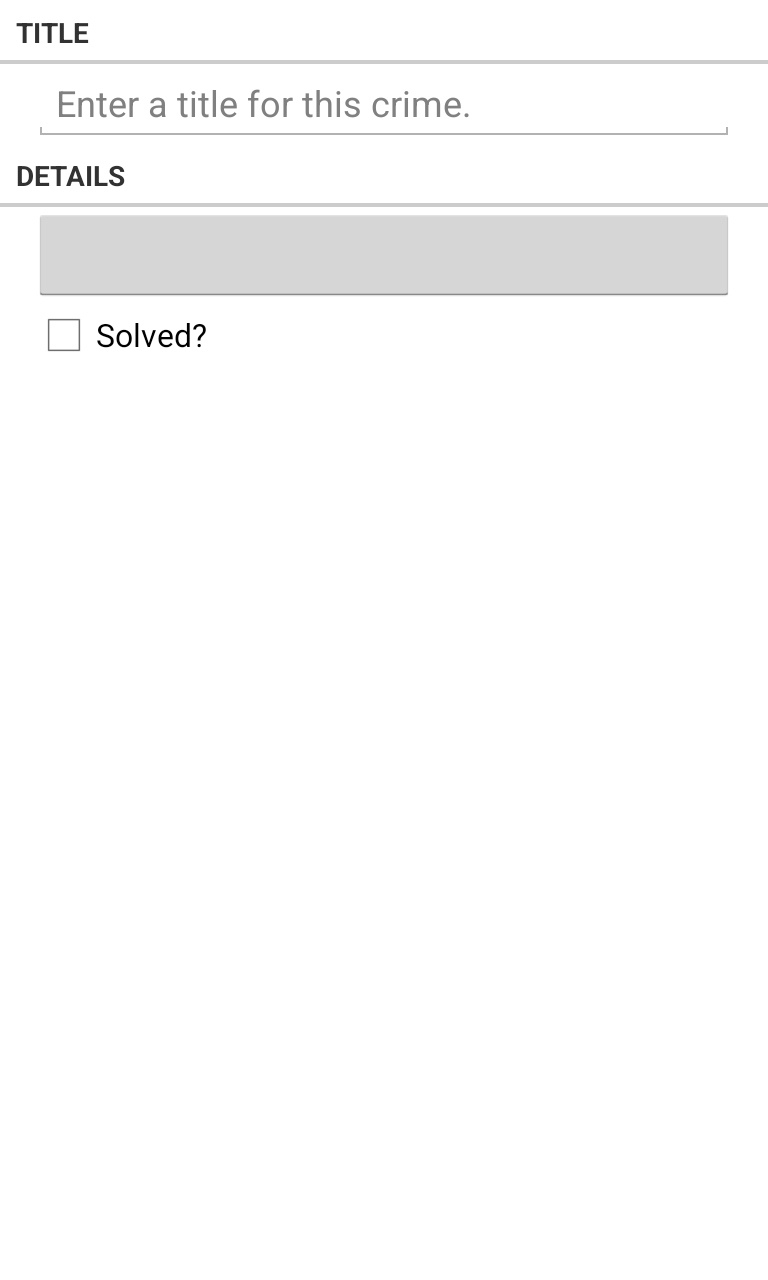
Repository: DaleJulian/CriminalIntent
Layout: CriminalIntent/res/layout/fragment_crime.xml
An editor plug-in stored every save of this project. The layout is shown before and after the next save, followed by the edit.
It is drawn on a 768 x 1280 px phone screen (xhdpi) without system bars, with theme AppTheme; the app's code is not run.

Above is the layout before, as saved 2015-06-01 07:18:13.

### CriminalIntent/res/layout/fragment_crime.xml
<?xml version="1.0" encoding="utf-8"?>
<LinearLayout xmlns:android="http://schemas.android.com/apk/res/android"
  android:layout_width="match_parent"
  android:layout_height="wrap_content"
  android:orientation="vertical"
  >
  <TextView
    android:layout_width="match_parent"
    android:layout_height="wrap_content"
    android:text="@string/crime_title_label"
    style="?android:listSeparatorTextViewStyle"
    />
  <EditText android:id="@+id/crime_title"
    android:layout_width="match_parent"
    android:layout_height="wrap_content"
    android:layout_marginLeft="16dp"
    android:layout_marginRight="16dp"
    android:hint="@string/crime_title_hint"
    />
  <TextView
    android:layout_width="match_parent"
    android:layout_height="wrap_content"
    android:text="@string/crime_details_label"
    style="?android:listSeparatorTextViewStyle"
    />
  <Button android:id="@+id/crime_date"
    android:layout_width="match_parent"
    android:layout_height="wrap_content"
    android:layout_marginLeft="16dp"
    android:layout_marginRight="16dp"
    />
  <CheckBox android:id="@+id/crime_solved"
    android:layout_width="match_parent"
    android:layout_height="wrap_content"
    android:layout_marginLeft="16dp"
    android:layout_marginRight="16dp"
    android:text="@string/crime_solved_label"
    />
</LinearLayout>

### CriminalIntent/res/values/strings.xml
<?xml version="1.0" encoding="utf-8"?>
<resources>

  <string name="app_name">CriminalIntent</string>
  <string name="crime_title_hint">Enter a title for this crime.</string>
  <string name="crime_title_label">Title</string>
  <string name="crime_details_label">Details</string>
  <string name="crime_solved_label">Solved?</string>
  <string name="date_picker_title">Date of crime:</string>
  <string name="crimes_title">Crimes</string>
  <string name="new_crime">New Crime</string>
  <string name="show_subtitle">Show Subtitle</string>
  <string name="hide_subtitle">Hide Subtitle</string>
  <string name="subtitle">Sometimes tolerance is not a virtue.</string>
  <string name="delete_crime">Delete Crime</string>
  <string name="take">Take!</string>

</resources>

Loaded but not shown: CriminalIntent/res/values-v11/styles.xml (common file); CriminalIntent/res/values-v14/styles.xml (common file); CriminalIntent/res/values/styles.xml (common file)

After the next save:
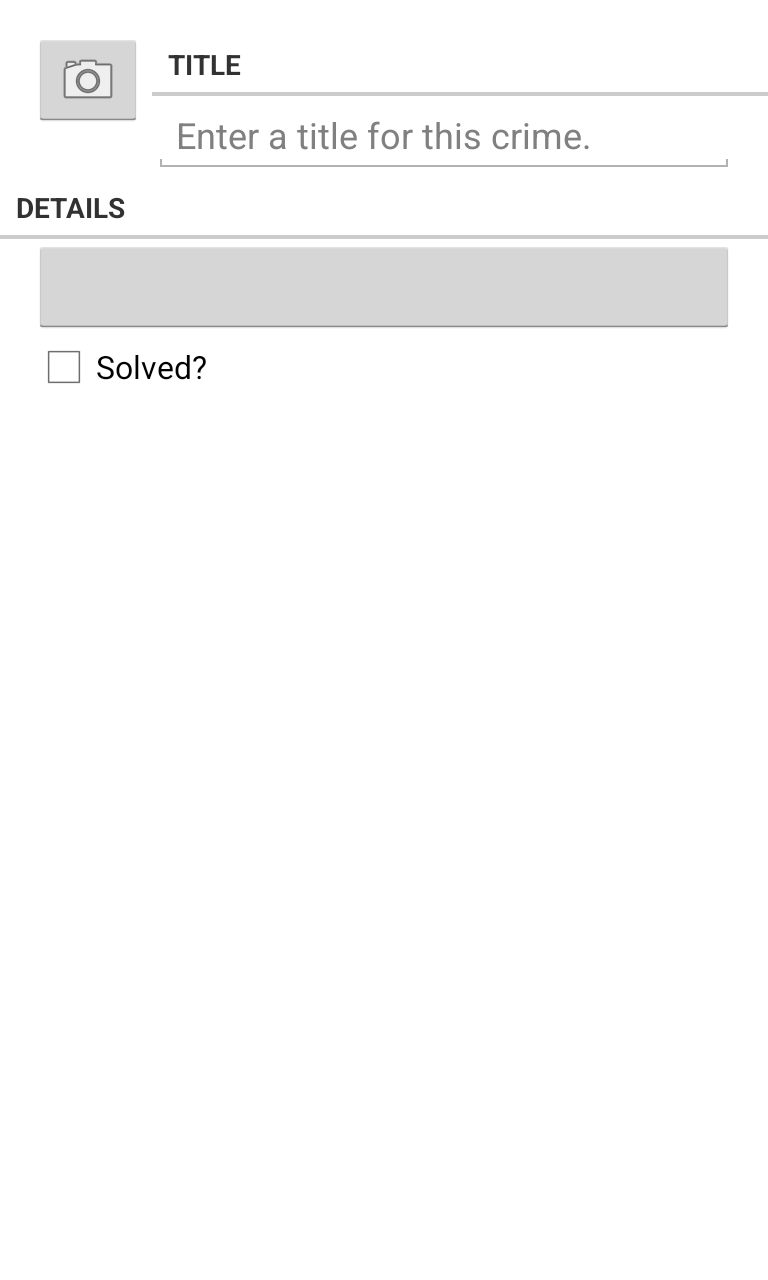
Saved 8 min 30 s later.
--- a/CriminalIntent/res/layout/fragment_crime.xml
+++ b/CriminalIntent/res/layout/fragment_crime.xml
@@ -4,19 +4,44 @@
   android:layout_height="wrap_content"
   android:orientation="vertical"
   >
-  <TextView
-    android:layout_width="match_parent"
-    android:layout_height="wrap_content"
-    android:text="@string/crime_title_label"
-    style="?android:listSeparatorTextViewStyle"
-    />
-  <EditText android:id="@+id/crime_title"
-    android:layout_width="match_parent"
+  <LinearLayout
+    android:layout_width="fill_parent"
     android:layout_height="wrap_content"
     android:layout_marginLeft="16dp"
-    android:layout_marginRight="16dp"
-    android:hint="@string/crime_title_hint"
-    />
+    android:layout_marginTop="16dp"
+    >
+    <LinearLayout
+      android:layout_width="wrap_content"
+      android:layout_height="wrap_content"
+      android:orientation="vertical"
+      android:layout_marginRight="4dp"
+      >
+      <ImageButton android:id="@+id/crime_imageButton"
+        android:layout_width="match_parent"
+        android:layout_height="wrap_content"
+        android:src="@android:drawable/ic_menu_camera"
+        />
+    </LinearLayout>
+    <LinearLayout
+      android:layout_width="wrap_content"
+      android:layout_height="wrap_content"
+      android:orientation="vertical"
+      android:layout_weight="1"
+      >
+      <TextView
+        android:layout_width="match_parent"
+        android:layout_height="wrap_content"
+        android:text="@string/crime_title_label"
+        style="?android:listSeparatorTextViewStyle"
+        />
+      <EditText android:id="@+id/crime_title"
+        android:layout_width="match_parent"
+        android:layout_height="wrap_content"
+        android:layout_marginRight="16dp"
+        android:hint="@string/crime_title_hint"
+        />
+    </LinearLayout>
+  </LinearLayout>
   <TextView
     android:layout_width="match_parent"
     android:layout_height="wrap_content"
